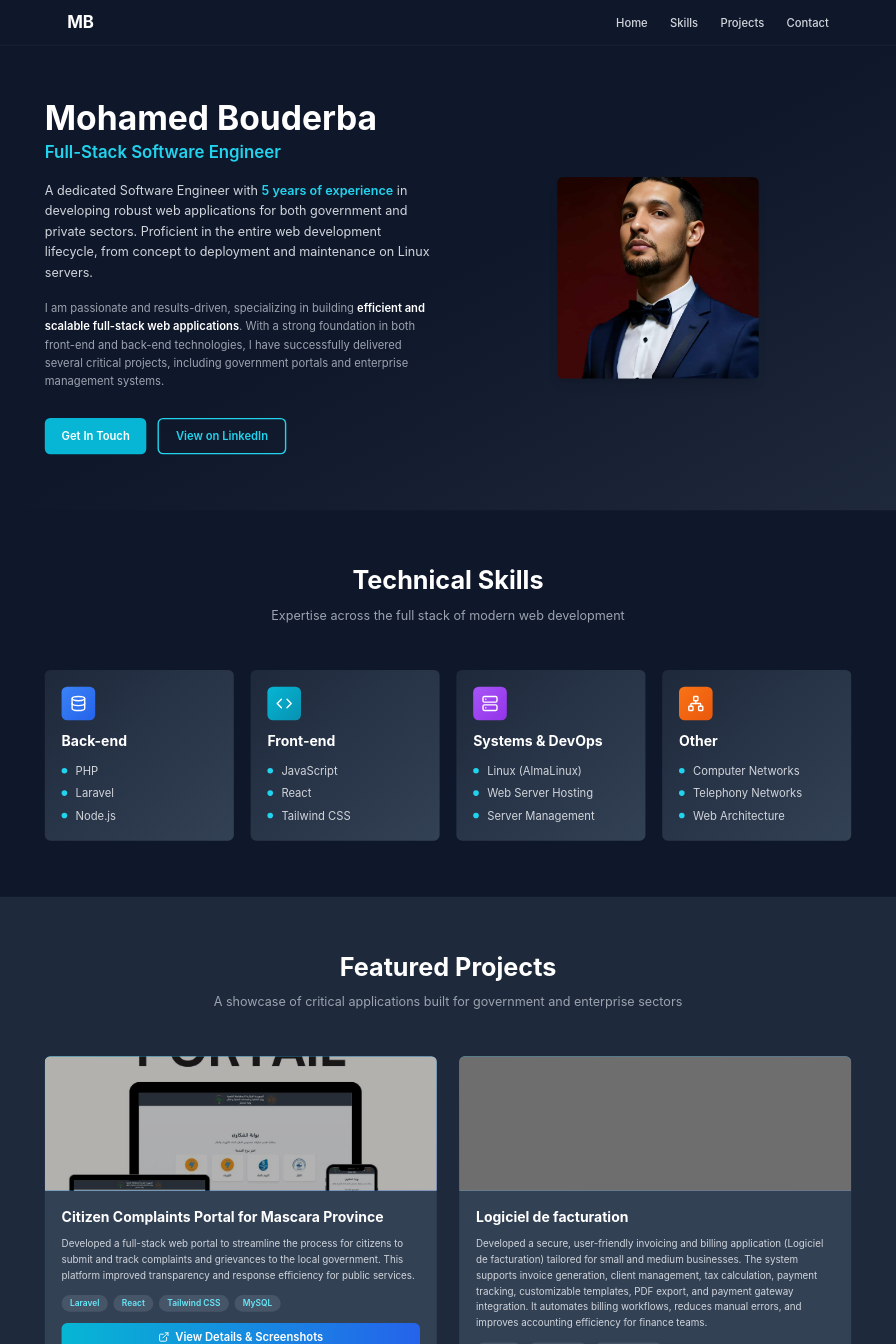
Repository: BouderbaM/portfloio
Page: /
The author's editor kept a copy of each file at every save. The page is drawn from the files as they stood at one save, then again after the next save.
The browser window is 1280 px wide. The pictures show the part of the page from y = 0 to 1920 px (the page is 3449 px tall), at 70% of full size.
Pictures or frames that could not be fetched are drawn as grey boxes. The project was rebuilt for these pictures with package versions that can differ from the ones it lists, and the page was loaded fresh each time. Also part of the build but not shown: vite.config.js.

Above is the page before, as saved 2025-11-29 21:37:29.

After the next save:
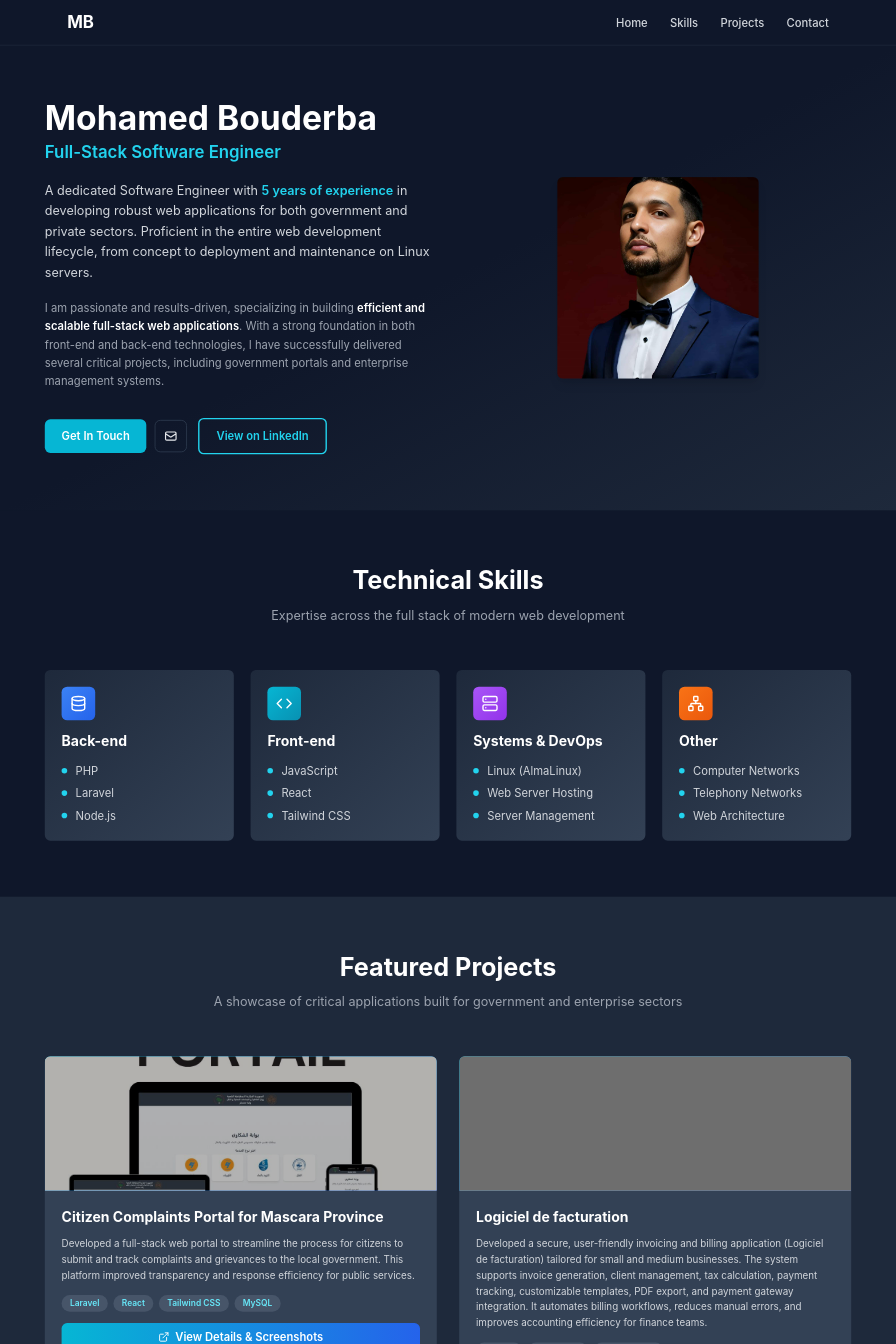
Saved 2 min 3 s later.
--- a/src/components/Hero.jsx
+++ b/src/components/Hero.jsx
@@ -25,7 +25,8 @@ export default function Hero() {
             </p>
 
             <div className="flex flex-col sm:flex-row gap-4 pt-4">
-              <a
+              <div className="flex items-center gap-3">
+                <a
                   href="https://mail.google.com/mail/?view=cm&fs=1&tf=1&to=bouderbamohamed99@gmail.com"
                   target="_blank"
                   rel="noopener noreferrer"
@@ -33,6 +34,17 @@ export default function Hero() {
                 >
                   Get In Touch
                 </a>
+
+                <a
+                  href="mailto:bouderbamohamed99@gmail.com"
+                  className="inline-flex items-center justify-center px-3 py-3 bg-transparent border border-slate-700 text-gray-200 rounded-lg hover:bg-slate-800 transition"
+                  title="Open in mail app"
+                >
+                  <svg xmlns="http://www.w3.org/2000/svg" className="h-5 w-5" viewBox="0 0 24 24" fill="none" stroke="currentColor">
+                    <path strokeLinecap="round" strokeLinejoin="round" strokeWidth={2} d="M3 8l7.89 5.26a2 2 0 002.22 0L21 8M5 19h14a2 2 0 002-2V7a2 2 0 00-2-2H5a2 2 0 00-2 2v10a2 2 0 002 2z" />
+                  </svg>
+                </a>
+              </div>
               <a
                 href="https://linkedin.com/in/mohamed-bouderba-4ba74a351/"
                 target="_blank"
